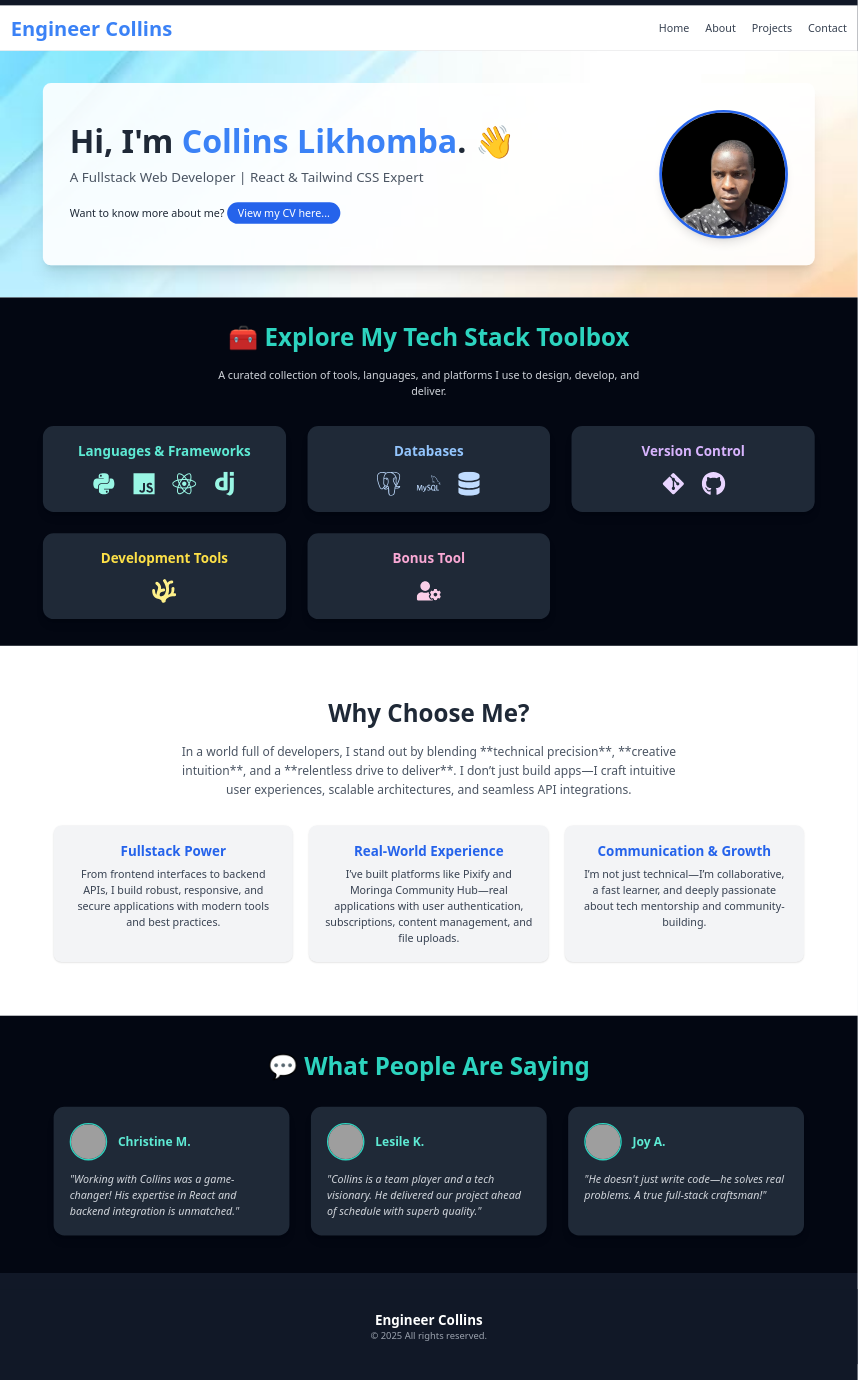
Repository: Engineer-collo/Portfolio
Page: /
These files come from the project's save history. The page is drawn as it stood at one moment and after a run of saves; the edit follows.
The browser window is 1280 px wide. The pictures show the whole page, at 67% of full size.
Pictures or frames that could not be fetched are drawn as grey boxes. The project was rebuilt for these pictures with package versions that can differ from the ones it lists, and the page was loaded fresh each time. Also part of the build but not shown: vite.config.js, src/pages/About.jsx, src/pages/Projects.jsx, src/pages/Contact.jsx, src/pages/Blog.jsx, src/pages/Skills.jsx.

Above is the page before, as saved 2025-06-08 20:34:45.

After the next 2 saves:
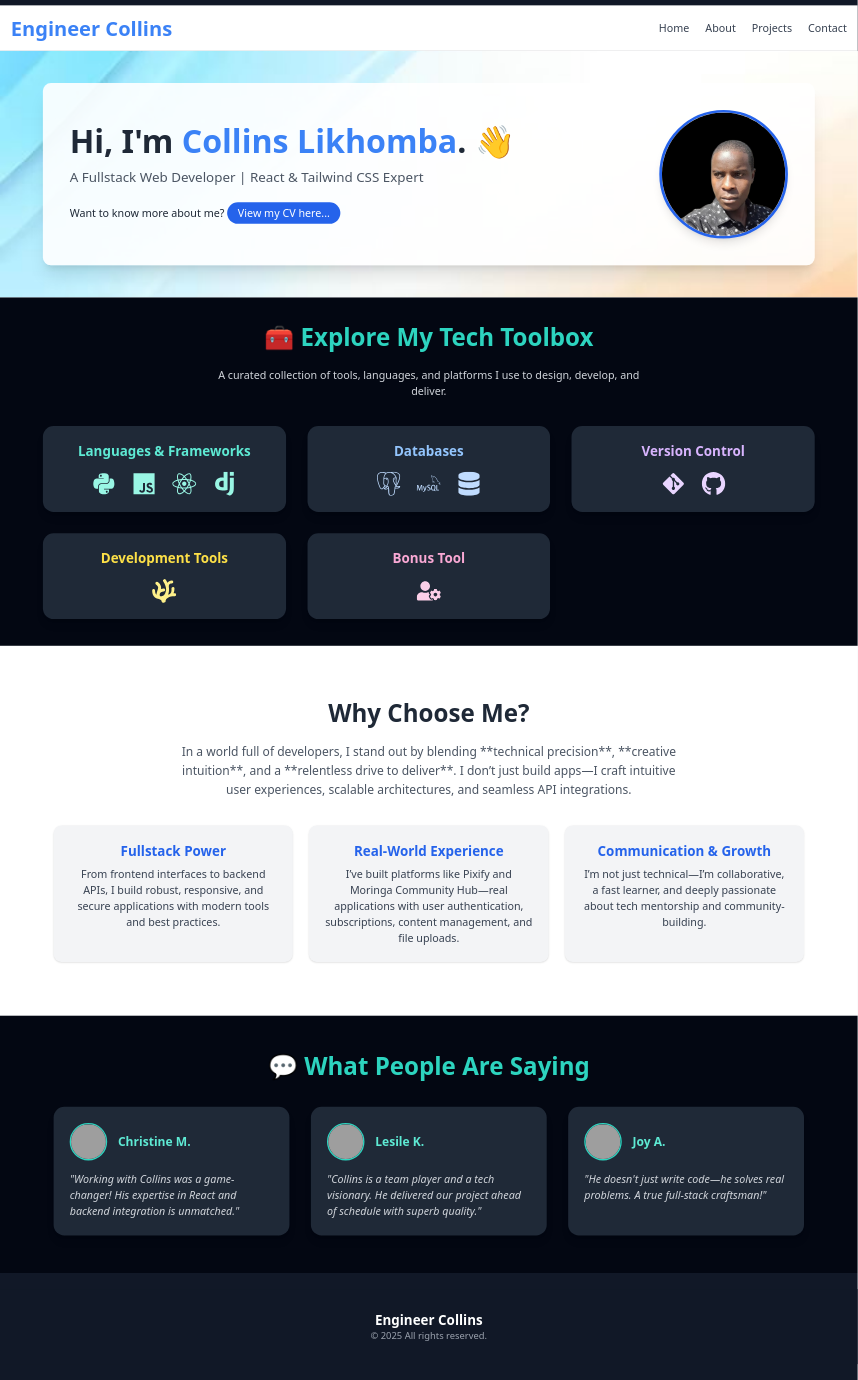
The 2 saves are shown as one change because they came seconds apart.
The last was saved 2 min 27 s later.
--- a/src/pages/TechStackToolbox.jsx
+++ b/src/pages/TechStackToolbox.jsx
@@ -18,7 +18,7 @@ import {
     return (
       <div className="bg-gray-950 text-white py-10 px-6 md:px-16">
         <h2 className="text-3xl md:text-4xl font-bold mb-6 text-center text-teal-400">
-          🧰 Explore My Tech Stack Toolbox
+          🧰 Explore My Tech Toolbox
         </h2>
         <p className="text-center mb-10 text-gray-300 max-w-2xl mx-auto">
           A curated collection of tools, languages, and platforms I use to design, develop, and deliver.
